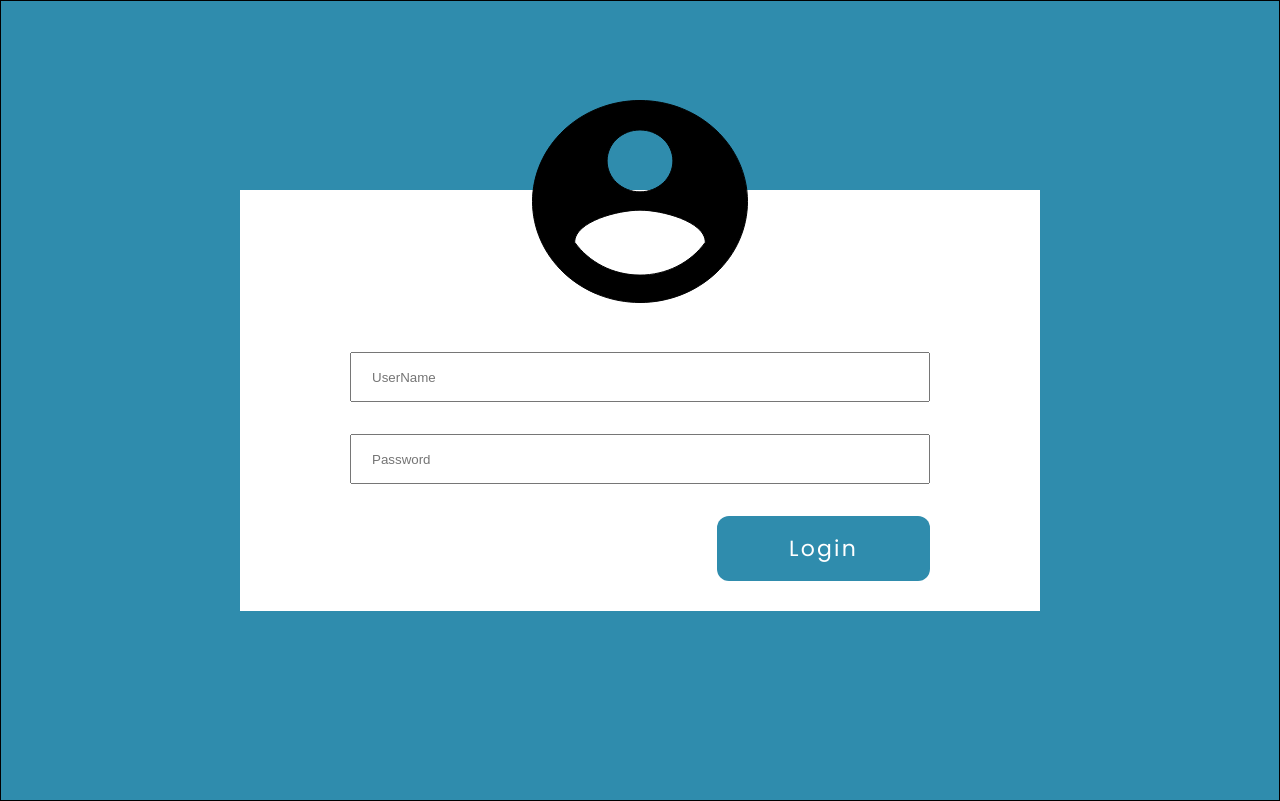
Repository: SabrinaSeydaliyeva/Agency-website
Page: pages/loginPage/index.html
These files come from the project's save history. The page is drawn as it stood at one moment and after a run of saves; the edit follows.
The browser window is 1280 px wide. The pictures show the whole page.

Above is the page before, as saved 2023-09-14 16:24:16.

After the next 3 saves:
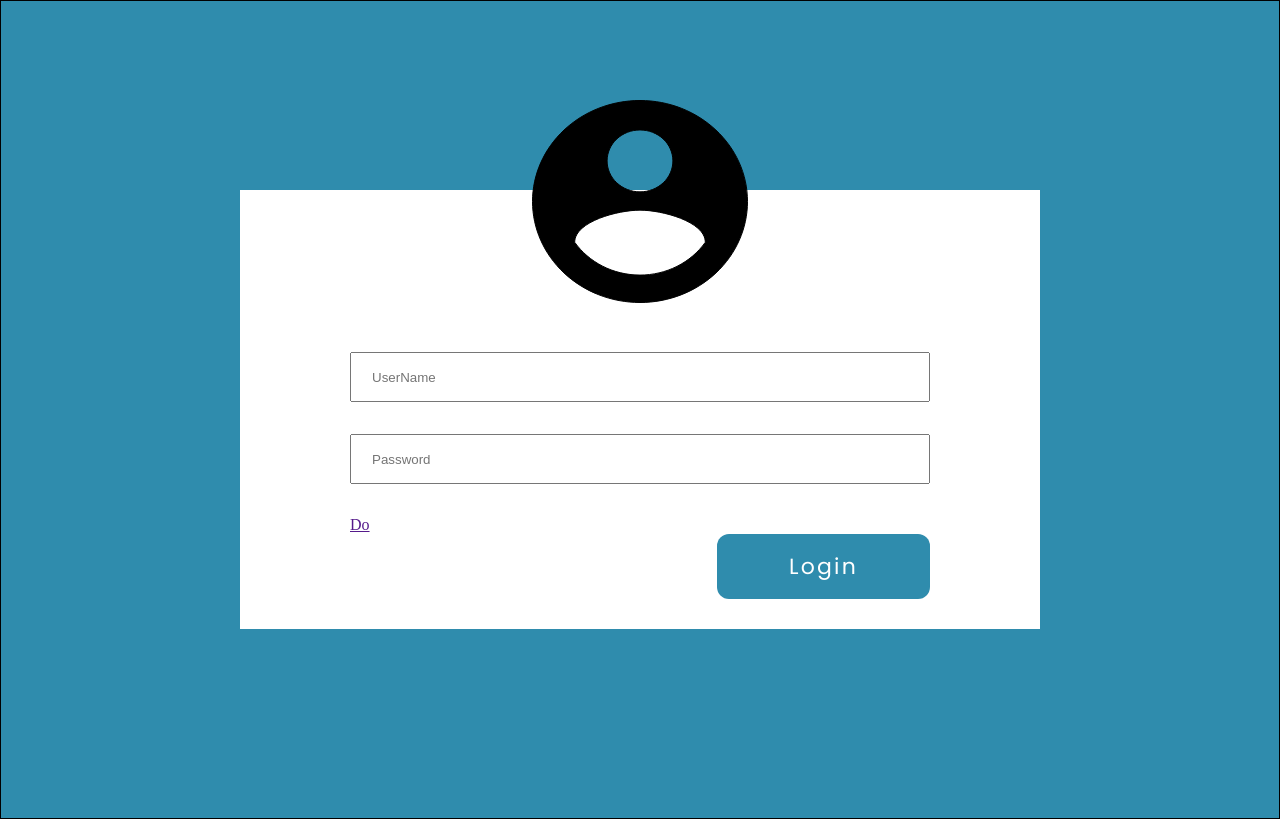
The 3 saves are shown as one change because they came seconds apart.
The last was saved 40 s later.
--- a/pages/loginPage/index.html
+++ b/pages/loginPage/index.html
@@ -16,6 +16,7 @@
             <form action="">
                 <input class="name-input" type="text" name="name" placeholder="UserName">
                 <input class="password-input" type="password" placeholder="Password">
+                <a href="">Do </a>
                 <button>Login</button>
             </form>
         </div>
